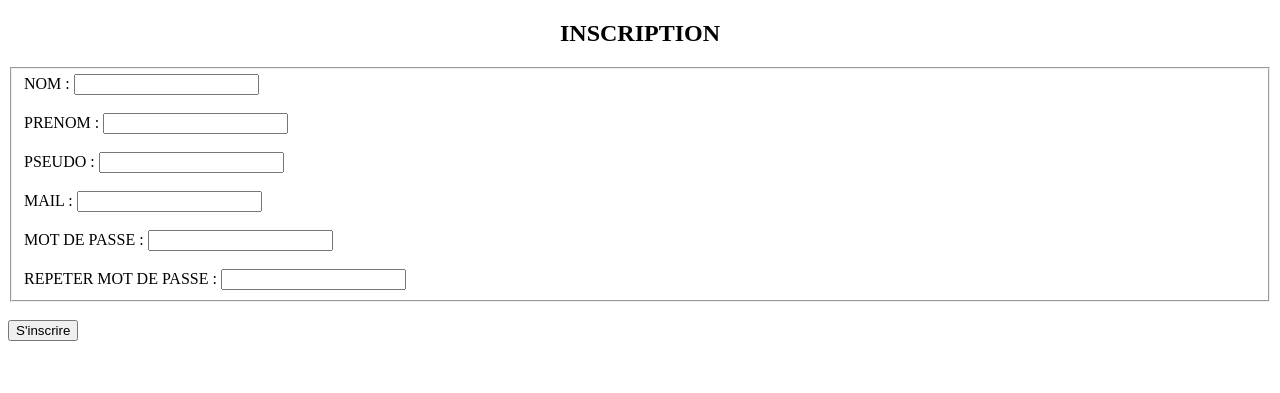
Repository: Aoua1414/JavaDeAoua
Page: http://localhost/MonServletJsp/Inscrire.jsp
The author's editor kept a copy of each file at every save. The page is drawn from the files as they stood at one save, then again after the next save.
The browser window is 1280 px wide. The pictures show the whole page.
The page is served by Tomcat 9. Nobody is signed in. The application's start-up code is not run.

Above is the page before, as saved 2022-07-25 14:50:10.

After the next save:
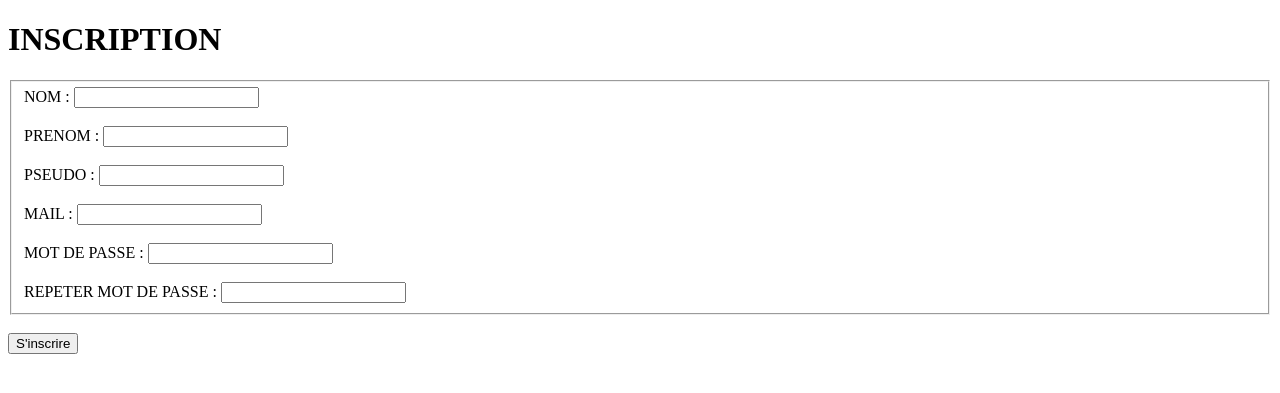
Saved 66 s later.
--- a/ODC/MonServletJsp/src/main/webapp/Inscrire.jsp
+++ b/ODC/MonServletJsp/src/main/webapp/Inscrire.jsp
@@ -8,7 +8,7 @@
 <title>Inscription</title>
 </head>
 <body>
-<h2>INSCRIPTION</h2>
+<h1>INSCRIPTION</h1>
 
     <form method="post"  action = "Accueil">
     <fieldset>
